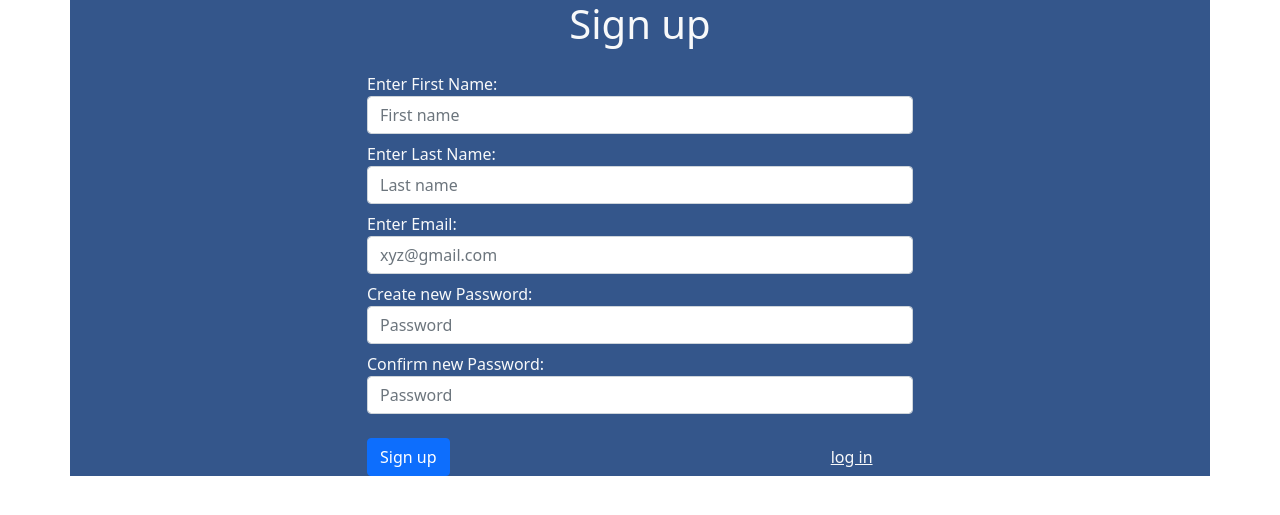
Repository: paresh-art/MyWebsite
Page: http://localhost/com.website/signup.jsp
These files come from the project's save history. The page is drawn as it stood at one moment and after the next save; the edit follows.
The browser window is 1280 px wide. The pictures show the whole page.
The page is served by Tomcat 9.

Above is the page before, as saved 2022-11-07 15:27:34.

After the next save:
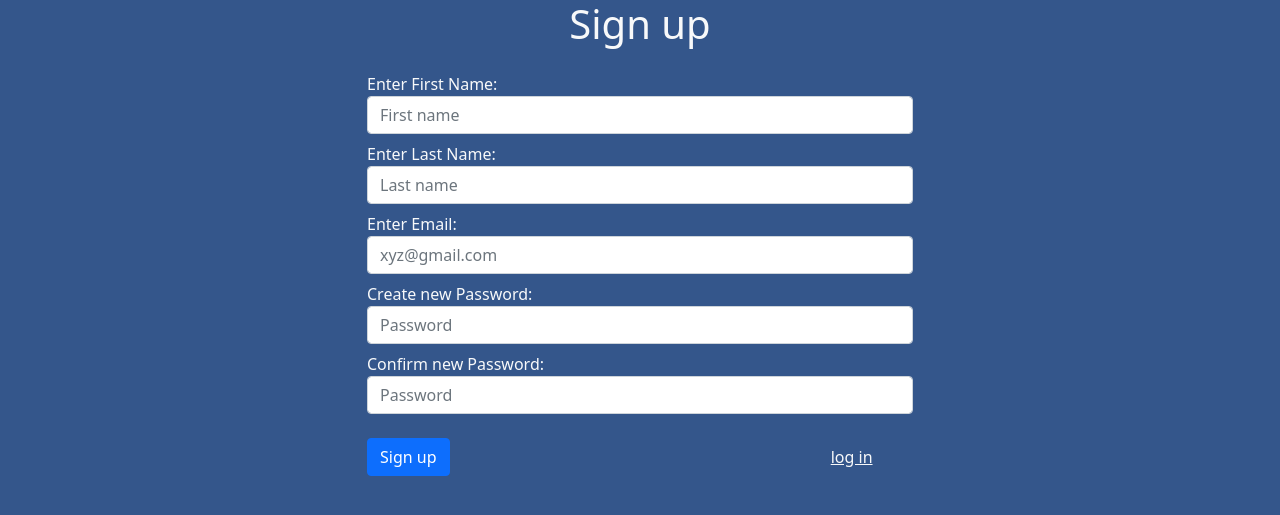
Saved 19 s later.
--- a/com.website/src/main/webapp/signup.jsp
+++ b/com.website/src/main/webapp/signup.jsp
@@ -15,8 +15,8 @@
 
 <title>Sign up page</title>
 </head>
-<body>
-	<div class="container"  style="background-color: #34568B;" >
+<body style="background-color: #34568B;">
+	<div class="container">
 		<h1 class="mx-auto text-center text-light">Sign up</h1>
 		<form class="mt-4">
 			<div class="row">
